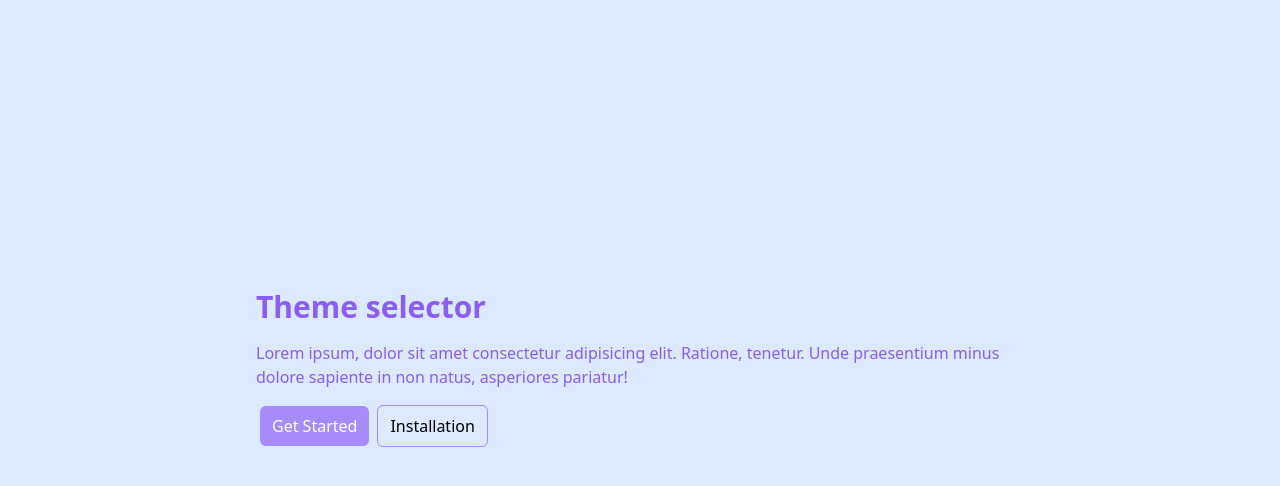
Repository: prince-bansal/tailwind-theme-switcher
Page: /
These files come from the project's save history. The page is drawn as it stood at one moment and after a run of saves; the edit follows.
The browser window is 1280 px wide. The pictures show the whole page.
The project was rebuilt for these pictures with package versions that can differ from the ones it lists, and the page was loaded fresh each time. Also part of the build but not shown: vite.config.ts, src/index.css.

Above is the page before, as saved 2024-03-17 19:28:55.

After the next 2 saves:
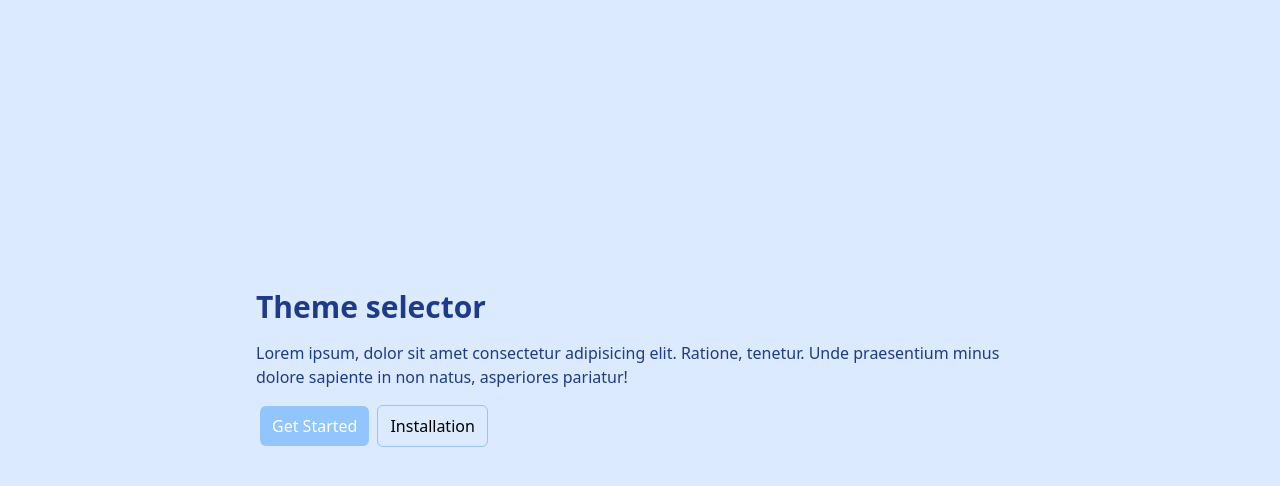
The 2 saves are shown as one change because they came seconds apart.
The last was saved 14 s later.
--- a/src/App.tsx
+++ b/src/App.tsx
@@ -3,7 +3,7 @@ import './App.css'
 function App() {
 
   return (
-    <div className="bg-fill min-h-screen flex items-center justify-center">
+    <div className="theme-blue bg-fill min-h-screen flex items-center justify-center">
       <div className="w-[60%] m-auto">
         <h1 className="text-3xl text-heading my-4 font-bold">Theme selector</h1>
         <p className="text-heading">
